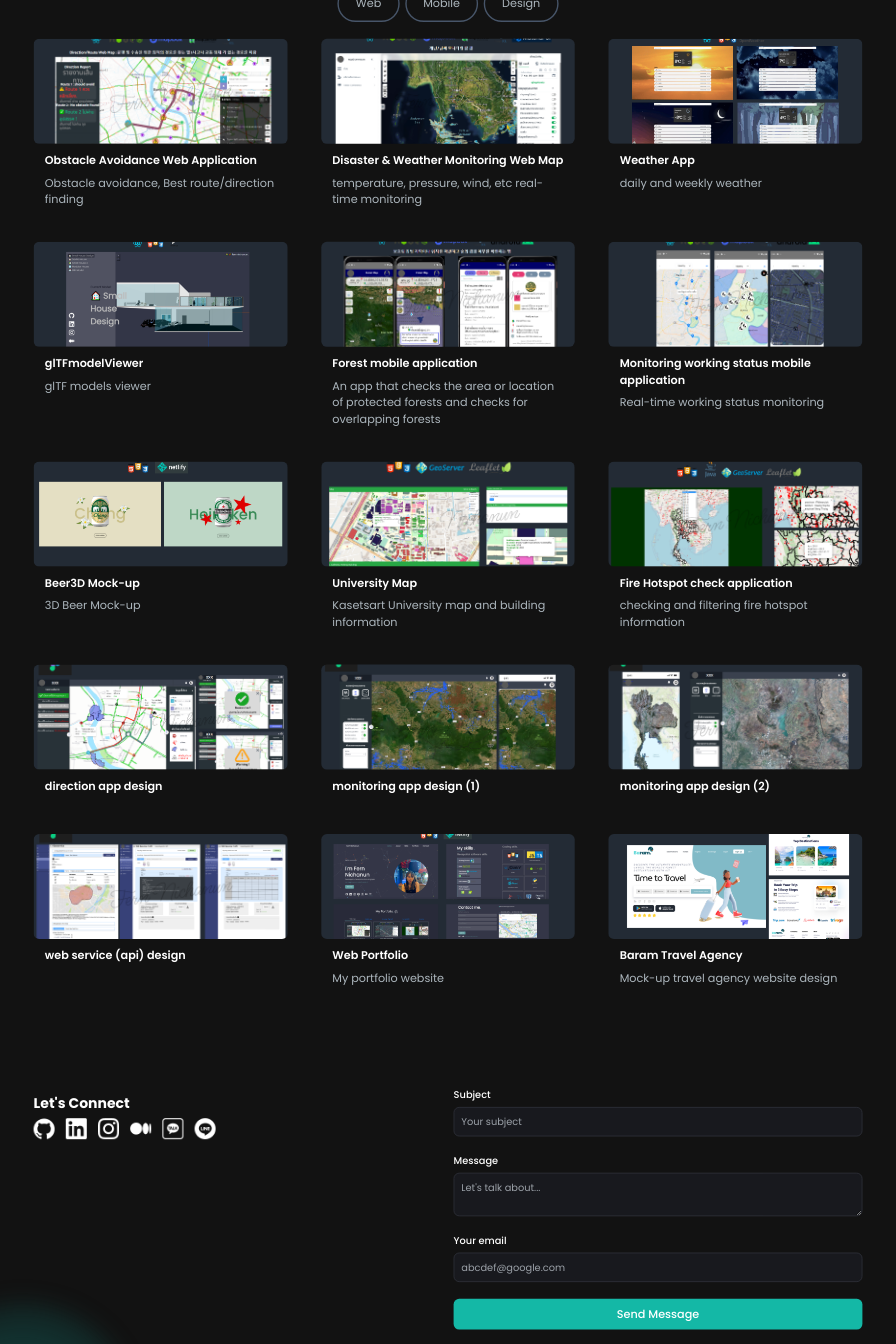
Repository: ffferncake/ffferncake-webport-2024
Page: /
An editor plug-in stored every save of this project. The page is shown before and after the next save, followed by the edit.
The browser window is 1280 px wide. The pictures show the part of the page from y = 1529 to 3449 px (the page is 3710 px tall before and 3678 px after), at 70% of full size.
The project was rebuilt for these pictures with package versions that can differ from the ones it lists, and the page was loaded fresh each time. The framework's server and built-in components were replaced by stand-ins that run in the browser. Also part of the build but not shown: next.config.js, src/app/components/MenuOverlay.jsx, src/app/components/AchievementsSection.jsx.

Above is the page before, as saved 2024-03-16 17:28:49.

After the next save:
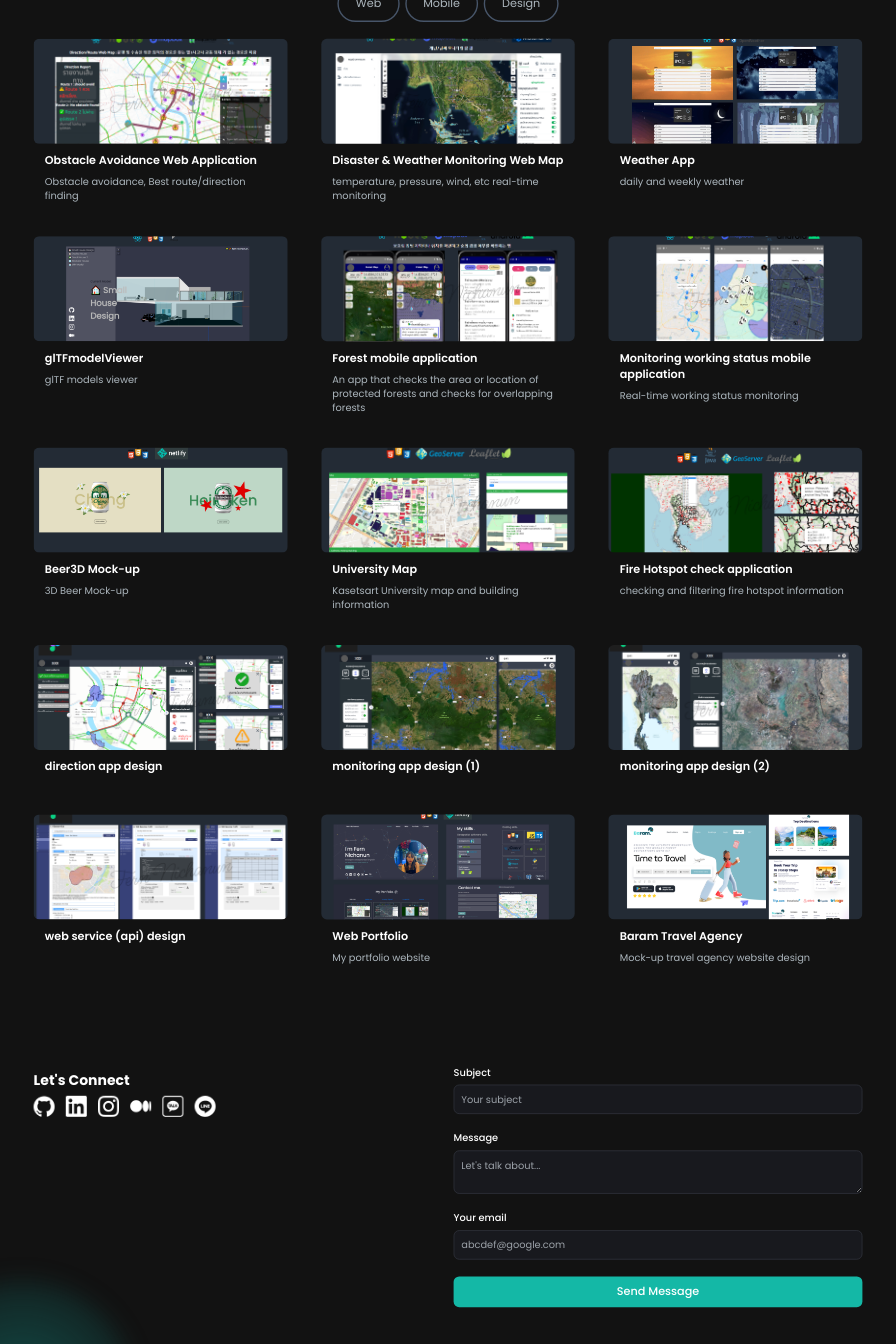
Saved 16 s later.
--- a/src/app/components/ProjectCard.jsx
+++ b/src/app/components/ProjectCard.jsx
@@ -33,7 +33,7 @@ const ProjectCard = ({ imgUrl, title, description, gitUrl, previewUrl }) => {
       </div>
       <div className="text-white rounded-b-xl mt-3 bg-[#181818]py-6 px-4">
         <h5 className="text-md font-semibold mb-2">{title}</h5>
-        <p className="text-[#ADB7BE]">{description}</p>
+        <p className="text-sm text-[#ADB7BE]">{description}</p>
       </div>
     </div>
   );
